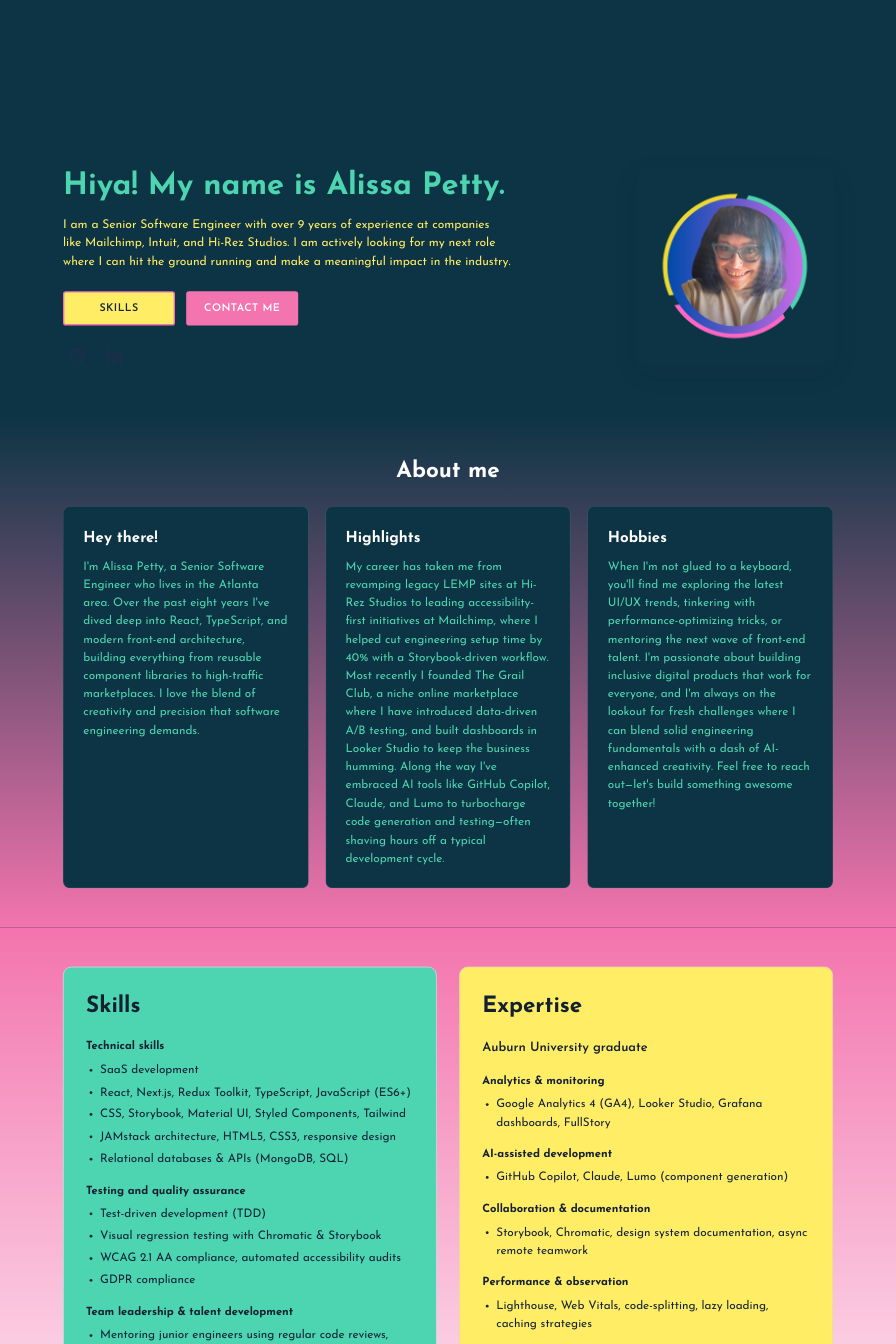
Repository: AlissaSPetty/alissa-petty-com
Page: /
The author's editor kept a copy of each file at every save. The page is drawn from the files as they stood at one save, then again after the next save.
The browser window is 1280 px wide. The pictures show the part of the page from y = 0 to 1920 px (the page is 3726 px tall before and 3732 px after), at 70% of full size.
The project was rebuilt for these pictures with package versions that can differ from the ones it lists, and the page was loaded fresh each time. Also part of the build but not shown: vite.config.ts, src/legal.css, src/pages/LegalPage.tsx.

Above is the page before, as saved 2026-05-03 18:39:19.

After the next save:
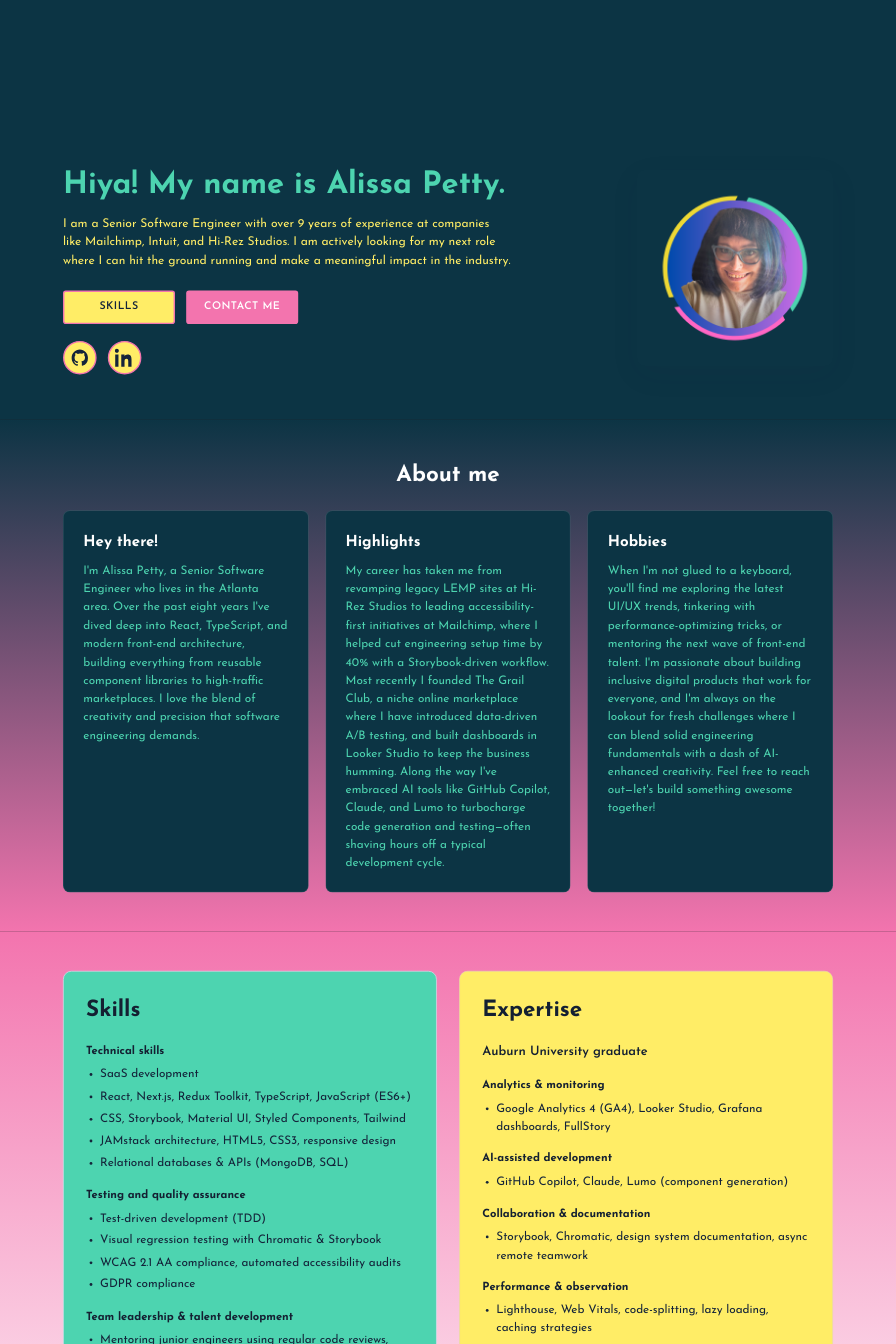
Saved 71 s later.
--- a/src/index.css
+++ b/src/index.css
@@ -171,7 +171,7 @@
 }
 
 .btn-outline:hover {
-  background: rgba(42, 74, 122, 0.08);
+  background: v;
 }
 
 .btn-block {
@@ -185,14 +185,30 @@
 }
 
 .hero-social a {
-  display: flex;
-  color: var(--navy);
-  padding: 0.35rem;
-  border-radius: 6px;
+  display: inline-flex;
+  align-items: center;
+  justify-content: center;
+  width: 3rem;
+  height: 3rem;
+  color: var(--navy-deep);
+  background: var(--accent-footer);
+  border: 2px solid var(--primary);
+  border-radius: 50%;
+  transition:
+    background 0.2s,
+    color 0.2s,
+    transform 0.2s;
 }
 
 .hero-social a:hover {
-  background: rgba(26, 47, 74, 0.08);
+  background: var(--primary);
+  color: #fff;
+  transform: translateY(-2px);
+}
+
+.hero-social a:focus-visible {
+  outline: 3px solid #f4d35e;
+  outline-offset: 3px;
 }
 
 .social-svg {
